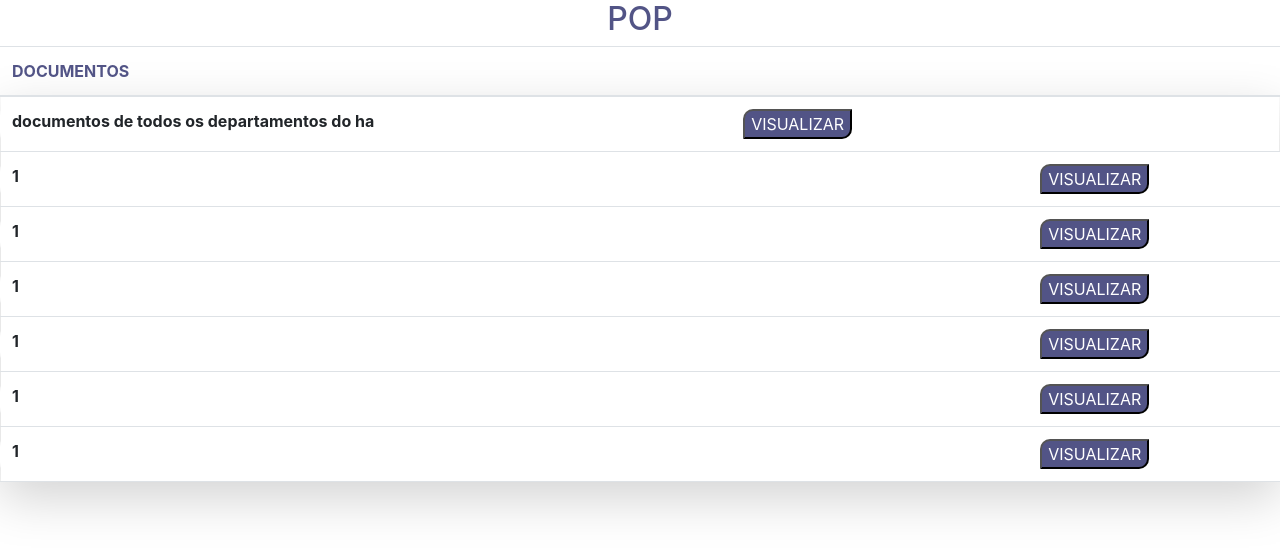
Repository: Leandromarim/INTRANET_PARTICULAR
Page: pop.html
An editor plug-in stored every save of this project. The page is shown before and after the next save, followed by the edit.
The browser window is 1280 px wide. The pictures show the whole page.

Above is the page before, as saved 2021-12-17 10:15:10.
Not found: ajax.js

After the next save:
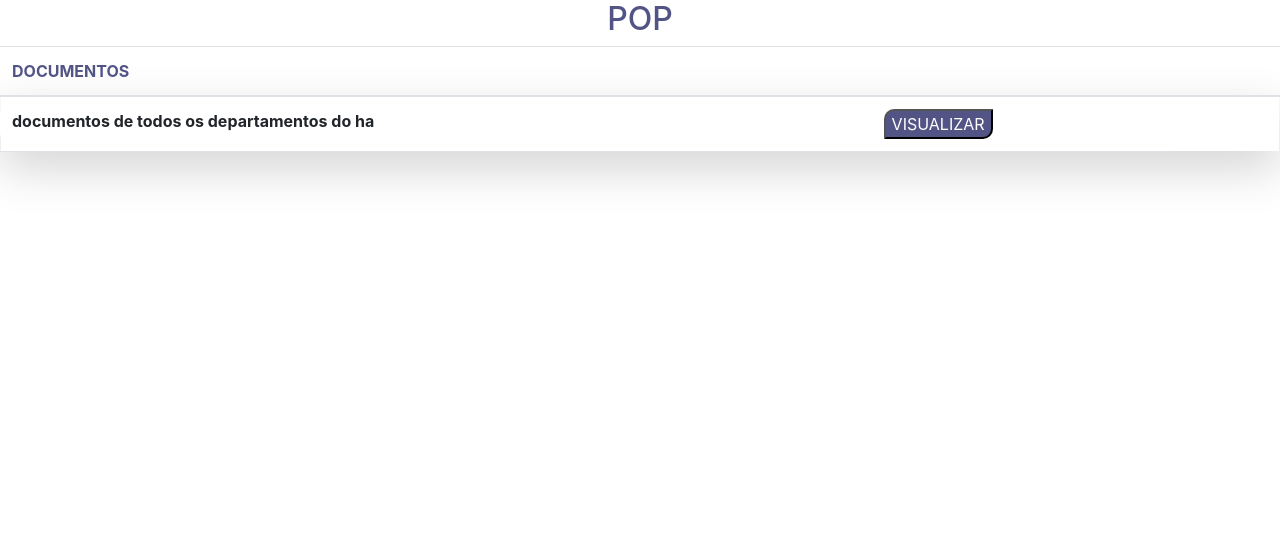
Saved 25 s later.
--- a/pop.html
+++ b/pop.html
@@ -37,45 +37,9 @@
             <tbody class="shadow-sm shadow-lg p-3 mb-5 bg-white">
                 <tr>
                     <th>documentos de todos os departamentos do ha</th>
-
                     <td><a href="#"><button type="button" class="btn-visualizar">VISUALIZAR</button></a></td>
                 </tr>
-                <tr>
-                    <th scope="row">1</th>
-                    <td></td>
-                    <td></td>
-                    <td><a href="#"><button type="button" class="btn-visualizar">VISUALIZAR</button></a></td>
-                </tr>
-                <tr>
-                    <th scope="row">1</th>
-                    <td></td>
-                    <td></td>
-                    <td><a href="#"><button type="button" class="btn-visualizar">VISUALIZAR</button></a></td>
-                </tr>
-                <tr>
-                    <th scope="row">1</th>
-                    <td></td>
-                    <td></td>
-                    <td><a href="#"><button type="button" class="btn-visualizar">VISUALIZAR</button></a></td>
-                </tr>
-                <tr>
-                    <th scope="row">1</th>
-                    <td></td>
-                    <td></td>
-                    <td><a href="#"><button type="button" class="btn-visualizar">VISUALIZAR</button></a></td>
-                </tr>
-                <tr>
-                    <th scope="row">1</th>
-                    <td></td>
-                    <td></td>
-                    <td><a href="#"><button type="button" class="btn-visualizar">VISUALIZAR</button></a></td>
-                </tr>
-                <tr>
-                    <th scope="row">1</th>
-                    <td></td>
-                    <td></td>
-                    <td><a href="#"><button type="button" class="btn-visualizar">VISUALIZAR</button></a></td>
-                </tr>
+
             </tbody>
         </table>
     </main>
